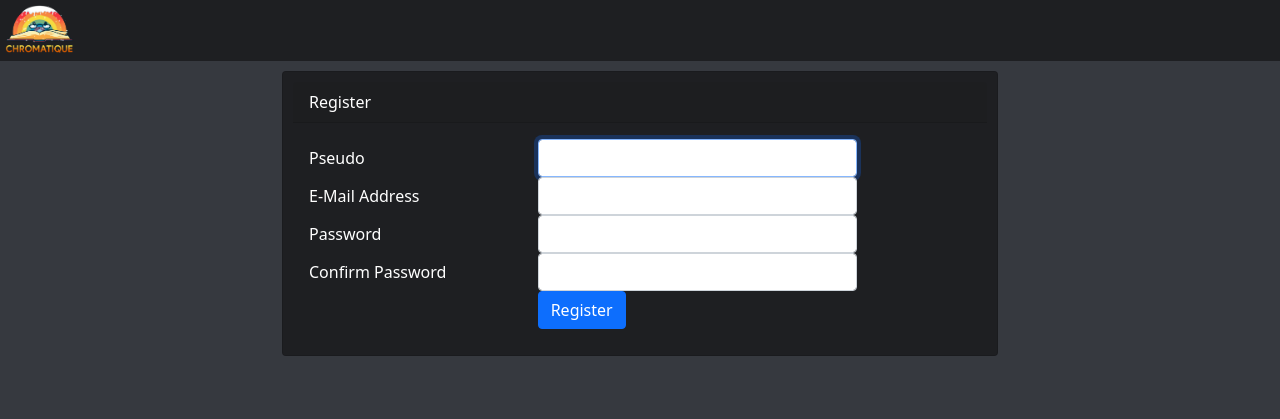
Repository: Codesieg/Chromatique
Page: http://localhost/register
An editor plug-in stored every save of this project. The page is shown before and after the next save, followed by the edit.
The browser window is 1280 px wide. The pictures show the whole page.
Some icons come from a web library that is not loaded, so they are not drawn. The page is served by the project's Laravel application, run on PHP 8.4 with Laravel 8.

Above is the page before, as saved 2021-07-02 13:42:39.

After the next save:
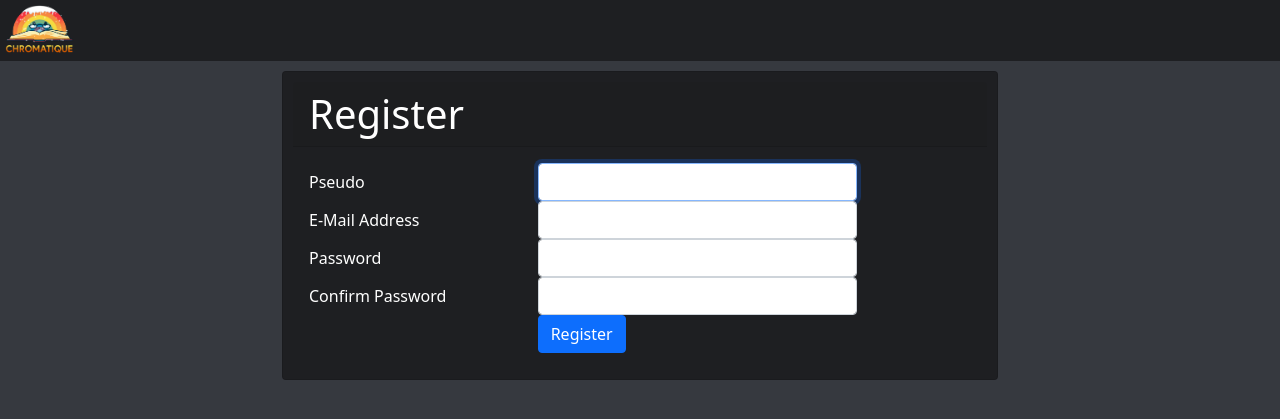
Saved 12 s later.
--- a/chromatique/resources/views/auth/register.blade.php
+++ b/chromatique/resources/views/auth/register.blade.php
@@ -5,7 +5,7 @@
     <div class="row justify-content-center">
         <div class="col-md-8">
             <div class="card">
-                <div class="card-header white">{{ __('Register') }}</div>
+                <h1 class="card-header white">{{ __('Register') }}</h1>
 
                 <div class="card-body">
                     <form method="POST" action="{{ route('register') }}">
